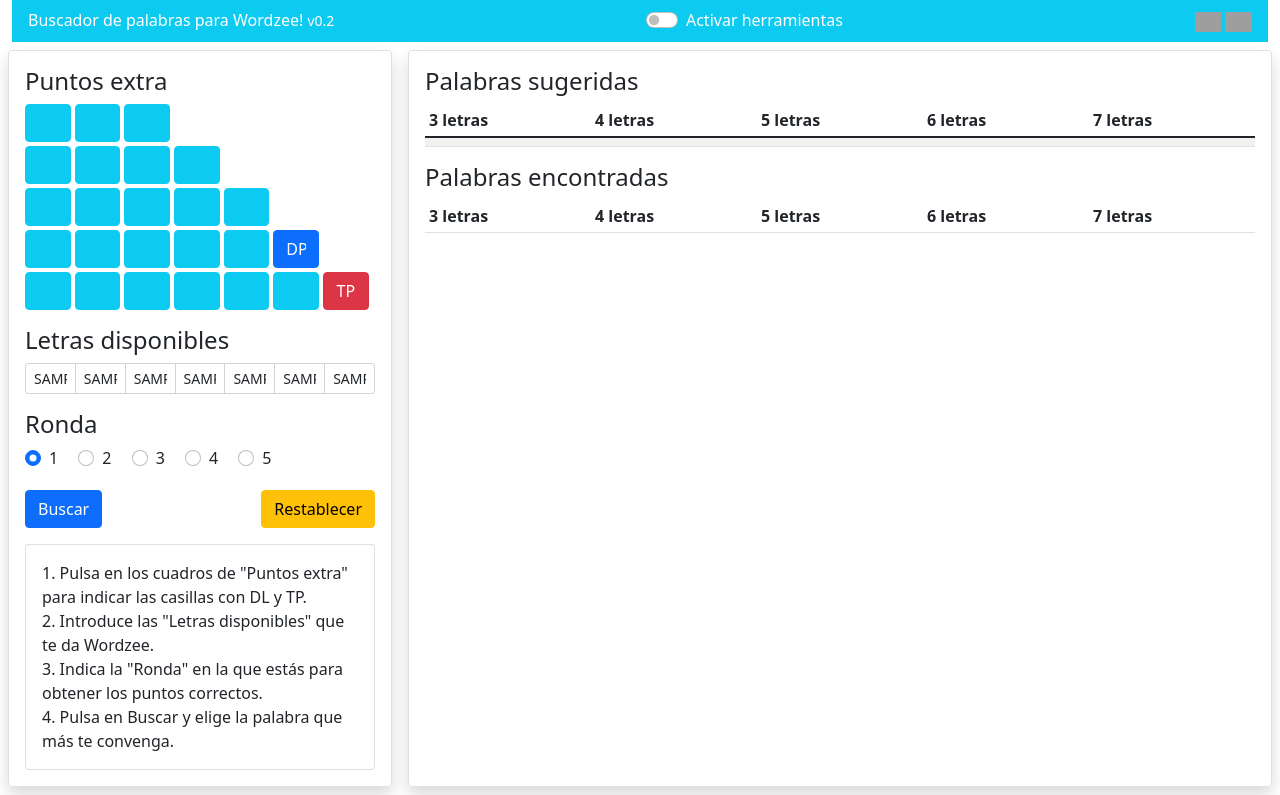
Repository: angelcafe/wordzee-bp_javascript
Page: index.html
An editor plug-in stored every save of this project. The page is shown before and after the next save, followed by the edit.
The browser window is 1280 px wide. The pictures show the whole page.
Empty fields were first filled with sample values (such as "Sample", 5 or name@example.com).
After loading, the first visible `button.btn` was clicked once.
Pictures or frames that could not be fetched are drawn as grey boxes.

Above is the page before, as saved 2021-10-24 15:37:34.
Console error (its wording comes from the project's code and is left out).

### index.html
<!DOCTYPE html>
<html lang="es">

<head>
    <meta charset="UTF-8">
    <meta name="viewport" content="width=device-width, initial-scale=1">
    <meta http-equiv="Expires" content="0">
    <meta http-equiv="Last-Modified" content="0">
    <meta http-equiv="Cache-Control" content="no-cache, mustrevalidate">
    <meta http-equiv="Pragma" content="no-cache">
    <link rel="icon" href="favicon.ico" type="image/ico" />
    <link rel="stylesheet" href="https://cdn.jsdelivr.net/npm/bootstrap@5.1.3/dist/css/bootstrap.min.css" integrity="sha384-1BmE4kWBq78iYhFldvKuhfTAU6auU8tT94WrHftjDbrCEXSU1oBoqyl2QvZ6jIW3" crossorigin="anonymous">
    <link rel="stylesheet" href="https://cdn.jsdelivr.net/npm/bootstrap-icons@1.5.0/font/bootstrap-icons.css">
    <link rel="stylesheet" href="index.css">
    <title>Busca palabras</title>
</head>

<body>
    <div id="liveAlertPlaceholder"></div>
    <div class="container-fluid">
        <!-- Cabecera -->
        <nav class="nav d-flex justify-content-between bg-info">
            <li class="nav-item">
                <span class="nav-link text-white">Buscador de palabras para Wordzee! <small>v0.2</small></span>
            </li>
            <li class="nav-item">
                <div class="nav-link text-white form-check form-switch">
                    <input class="form-check-input" type="checkbox" role="switch" id="idActivarHerramientas">
                    <label class="form-check-label" for="idActivarHerramientas">Activar herramientas</label>
                </div>
            </li>
            <li class="nav-item">
                <span class="nav-link">
                    <a href="https://www.facebook.com/BuscaPalabras-para-Wordzee-106324508497974" target="_blank"><img src="https://upload.wikimedia.org/wikipedia/commons/5/51/Facebook_f_logo_%282019%29.svg" height="20"></a>
                    <a href="https://t.me/buscadorwordzee" target="_blank"><img src="https://upload.wikimedia.org/wikipedia/commons/thumb/8/83/Telegram_2019_Logo.svg/2048px-Telegram_2019_Logo.svg.png" height="20"></a>
                </span>
            </li>
        </nav>
        <div class="row">
            <!-- Principal -->
            <div class="col border shadow rounded m-2 p-3 principal">
                <form>
                    <div id="idPuntosExtra">
                        <h4>Puntos extra</h4>
                        <div class="p-0 mb-1">
                            <input type="text" name="pal3let1" class="btn btn-info" value="" readonly>
                            <input type="text" name="pal3let2" class="btn btn-info" value="" readonly>
                            <input type="text" name="pal3let3" class="btn btn-info" value="" readonly>
                        </div>
                        <div class="p-0 mb-1">
                            <input type="text" name="pal4let1" class="btn btn-info" value="" readonly>
                            <input type="text" name="pal4let2" class="btn btn-info" value="" readonly>
                            <input type="text" name="pal4let3" class="btn btn-info" value="" readonly>
                            <input type="text" name="pal4let4" class="btn btn-info" value="" readonly>
                        </div>
                        <div class="p-0 mb-1">
                            <input type="text" name="pal5let1" class="btn btn-info" value="" readonly>
                            <input type="text" name="pal5let2" class="btn btn-info" value="" readonly>
                            <input type="text" name="pal5let3" class="btn btn-info" value="" readonly>
                            <input type="text" name="pal5let4" class="btn btn-info" value="" readonly>
                            <input type="text" name="pal5let5" class="btn btn-info" value="" readonly>
                        </div>
                        <div class="p-0 mb-1">
                            <input type="text" name="pal6let1" class="btn btn-info" value="" readonly>
                            <input type="text" name="pal6let2" class="btn btn-info" value="" readonly>
                            <input type="text" name="pal6let3" class="btn btn-info" value="" readonly>
                            <input type="text" name="pal6let4" class="btn btn-info" value="" readonly>
                            <input type="text" name="pal6let5" class="btn btn-info" value="" readonly>
                            <input type="text" name="pal6let6" class="btn btn-info" value="" readonly>
                        </div>
                        <div class="p-0 mb-3">
                            <input type="text" name="pal7let1" class="btn btn-info" value="" readonly>
                            <input type="text" name="pal7let2" class="btn btn-info" value="" readonly>
                            <input type="text" name="pal7let3" class="btn btn-info" value="" readonly>
                            <input type="text" name="pal7let4" class="btn btn-info" value="" readonly>
                            <input type="text" name="pal7let5" class="btn btn-info" value="" readonly>
                            <input type="text" name="pal7let6" class="btn btn-info" value="" readonly>
                            <input type="text" name="pal7let7" class="btn btn-info" value="" readonly>
                        </div>
                    </div>
                    <div id="idLetrasDisponibles">
                        <h4>Letras disponibles</h4>
                        <div class="input-group input-group-sm mb-3" id="letras">
                            <input type="text" name="letra1" size="1" maxlength="1" autocomplete="off" required="required" class="form-control text-uppercase" value="">
                            <input type="text" name="letra2" size="1" maxlength="1" autocomplete="off" required="required" class="form-control text-uppercase" value="">
                            <input type="text" name="letra3" size="1" maxlength="1" autocomplete="off" required="required" class="form-control text-uppercase" value="">
                            <input type="text" name="letra4" size="1" maxlength="1" autocomplete="off" required="required" class="form-control text-uppercase" value="">
                            <input type="text" name="letra5" size="1" maxlength="1" autocomplete="off" required="required" class="form-control text-uppercase" value="">
                            <input type="text" name="letra6" size="1" maxlength="1" autocomplete="off" required="required" class="form-control text-uppercase" value="">
                            <input type="text" name="letra7" size="1" maxlength="1" autocomplete="off" required="required" class="form-control text-uppercase" value="">
                        </div>
                    </div>
                    <div id="idRonda">
                        <h4>Ronda</h4>
                        <div class="form-check form-check-inline mb-3">
                            <input type="radio" name="ronda" value="1" class="form-check-input" checked>
                            <label class="form-check-label" for="idRonda1">1</label>
                        </div>
                        <div class="form-check form-check-inline mb-3">
                            <input type="radio" name="ronda" value="2" class="form-check-input">
                            <label class="form-check-label" for="idRonda2">2</label>
                        </div>
                        <div class="form-check form-check-inline mb-3">
                            <input type="radio" name="ronda" value="3" class="form-check-input">
                            <label class="form-check-label" for="idRonda3">3</label>
                        </div>
                        <div class="form-check form-check-inline mb-3">
                            <input type="radio" name="ronda" value="4" class="form-check-input">
                            <label class="form-check-label" for="idRonda4">4</label>
                        </div>
                        <div class="form-check form-check-inline mb-3">
                            <input type="radio" name="ronda" value="5" class="form-check-input">
                            <label class="form-check-label" for="idRonda5">5</label>
                        </div>
                    </div>
                    <div id="idBotones">
                        <div class="btn-toolbar justify-content-between mt-1">
                            <button type="button" class="btn btn-primary" onclick="buscarPalabras()">Buscar</button>
                            <button type="button" class="btn btn-warning" onclick="restablecer()">Restablecer</button>
                        </div>
                    </div>
                </form>
                <div class="card mt-3">
                    <div class="card-body">
                        1. Pulsa en los cuadros de "Puntos extra" para indicar las casillas con DL y TP.
                        <br>
                        2. Introduce las "Letras disponibles" que te da Wordzee.
                        <br>
                        3. Indica la "Ronda" en la que estás para obtener los puntos correctos.
                        <br>
                        4. Pulsa en Buscar y elige la palabra que más te convenga.
                    </div>
                </div>
            </div>
            <!-- Herramientas -->
            <div class="col border shadow rounded m-2 p-3 herramientas">
                <div id="idHerramientas">
                    <h4>Herramientas</h4>
                    <form class="row">
                        <div class="col">Palabra nueva:</div>
                        <div class="col">
                            <input name="palabraGuardar" id="palabraGuardar" type="text" minlength="3" maxlength="7" autocomplete="off" class="form-control text-uppercase" value="">
                        </div>
                        <div class="col">
                            <button id="idGuardar" type="button" class="btn btn-primary">Guardar</button>
                        </div>
                    </form>
                    <form class="row mt-3">
                        <div class="col">Borrar palabra:</div>
                        <div class="col">
                            <input name="palabraBorrar" id="palabraBorrar" type="text" minlength="3" maxlength="7" autocomplete="off" class="form-control text-uppercase" value="">
                        </div>
                        <div class="col">
                            <button id="idBorrar" type="button" class="btn btn-danger">Borrar</button>
                        </div>
                    </form>
                    <form class="row mt-3">
                        <div class="col">Exportar JSON:</div>
                        <div class="col"></div>
                        <div class="col">
                            <button type="button" onclick="palabras.exportar()" class="btn btn-primary">Exportar</button>
                        </div>
                    </form>
                    <form class="row mt-3">
                        <div class="col">Importar JSON:</div>
                        <div class="col custom-file">
                            <input type="file" class="form-control" accept=".json" id="formFile">
                            <label class="form-label" for="formFile" data-browse="Elegir"></label>
                        </div>
                        <div class="col input-group-append">
                            <button type="button" class="btn btn-warning" onclick="palabras.importar()">Importar</button>
                        </div>
                    </form>
                </div>
            </div>
            <!-- Palabras sugeridas -->
            <div class="border col m-2 p-3 shadow rounded">
                <h4>Palabras sugeridas</h4>
                <table class="table table-sm table-striped table-hover">
                    <thead>
                        <tr>
                            <th>3 letras</th>
                            <th>4 letras</th>
                            <th>5 letras</th>
                            <th>6 letras</th>
                            <th>7 letras</th>
                        </tr>
                    </thead>
                    <tbody>
                        <tr>
                            <td class="noselect"></td>
                            <td class="noselect"></td>
                            <td class="noselect"></td>
                            <td class="noselect"></td>
                            <td class="noselect"></td>
                        </tr>
                    </tbody>
                </table>
                <!-- Palabras encontradas -->
                <h4>Palabras encontradas</h4>
                <table class="table table-sm table-striped table-hover">
                    <thead>
                        <tr>
                            <th>3 letras</th>
                            <th>4 letras</th>
                            <th>5 letras</th>
                            <th>6 letras</th>
                            <th>7 letras</th>
                        </tr>
                    </thead>
                    <tbody id="idPalabrasEncontradas"></tbody>
                </table>
            </div>
        </div>
    </div>
    <div id="modalAlert" class="modal fade" tabindex="-1">
        <div class="modal-dialog">
            <div class="modal-content">
                <div class="modal-header">
                    <h5 class="modal-title"></h5>
                    <button type="button" class="close" data-dismiss="modal" aria-label="Close"></button>
                </div>
                <div class="modal-body">
                    <p>Importación finalizada.</p>
                </div>
                <div class="modal-footer">
                    <button type="button" class="close" data-dismiss="modal" aria-label="Cerrar">
                        <span aria-hidden="true">&times;</span>
                    </button>
                </div>
            </div>
        </div>
    </div>
    <div id="menu">
        <div>
            <i class="bi bi-eraser-fill"></i> Borrar <span id="idBorrarPalabra"></span> de la Base de Datos
        </div>
    </div>
    <script src="https://cdn.jsdelivr.net/npm/bootstrap@5.1.3/dist/js/bootstrap.bundle.min.js" integrity="sha384-ka7Sk0Gln4gmtz2MlQnikT1wXgYsOg+OMhuP+IlRH9sENBO0LRn5q+8nbTov4+1p" crossorigin="anonymous"></script>
    <script src="index.js"></script>
</body>

</html>

### index.js
var ajax = function (enviar = null, alerta = false) {
    var xhr = new XMLHttpRequest();
    xhr.onreadystatechange = function (x) {
        if (xhr.readyState == 4) {
            if (xhr.status >= 200 && xhr.status < 300) {
                if (alerta) {
                    alerta(alerta);
                } else if (enviar.indexOf('borrar') !== -1 || enviar.indexOf('guardar') !== -1) {
                    document.getElementById('principal').submit();
                } else if (enviar.indexOf('cargar') !== -1) {
                    palabrasCargadas(xhr.response);
                }
            }
        }
    };
    xhr.open('POST', 'back/buscapalabras.php');
    xhr.setRequestHeader('Content-Type', 'application/x-www-form-urlencoded; charset=UTF-8');
    xhr.send(enviar);
};
var puntosExtra = new Array();
var letrasDisponibles = new Array();
var ronda;
var vPalabras = [];
var palabrasSugeridas = new Array();
var puntos = new Array();
puntos = { A: 1, B: 3, C: 3, D: 2, E: 1, F: 4, G: 2, H: 4, I: 1, J: 8, L: 1, M: 3, N: 1, Ñ: 8, O: 1, P: 3, Q: 5, R: 1, S: 1, T: 1, U: 1, V: 4, X: 8, Y: 4, Z: 10 };

(function () {
    'use strict'

    inicio();
    ajax('cargar=todo');
})()

function activarHerramientas(e) {
    let h = document.getElementsByClassName('herramientas')[0];
    if (e.currentTarget.checked) {
        h.style.display = 'block';
        localStorage.setItem('ActivarHerramientas', 'block');
    } else {
        h.style.display = 'none';
        localStorage.setItem('ActivarHerramientas', 'none');
    }
}

function buscarPalabras() {
    var form = document.forms[0];
    document.querySelectorAll('input[required]').some(e => {
        if (e.value == '') {
            var alertPlaceholder = document.getElementById('liveAlertPlaceholder');
            var alertTrigger = document.getElementById('liveAlertBtn');
            function alert(message, type) {
                var wrapper = document.createElement('div');
                wrapper.innerHTML = '<div class="alert alert-' + type + ' alert-dismissible" role="alert">' + message + '<button type="button" class="btn-close" data-bs-dismiss="alert" aria-label="Close"></button></div>';
                alertPlaceholder.append(wrapper);
            }
            alert('Hay que rellenar todas las Letras disponibles', 'danger');
            form = null;
            return false;
        }
    });
    if (form !== null) {
        fPuntosExtra(form);
        fLetrasDisponibles(form);
        fRonda(form);
        fPalabrasEncontradas();
    }
}

function cambiarClaseBotones(e) {
    switch (e.value) {
        case 'DL':
            e.className = 'btn rosa';
            break;
        case 'TL':
            e.className = 'btn btn-success';
            break;
        case 'DP':
            e.className = 'btn btn-primary';
            break;
        case 'TP':
            e.className = 'btn btn-danger';
            break;
        case '':
            e.className = 'btn btn-info';
            break;
        default:
            break;
    }
}

function cambiarValorBotones(e) {
    switch (e.srcElement.value) {
        case '':
            e.srcElement.value = 'DL';
            e.srcElement.className = 'btn rosa';
            break;
        case 'DL':
            e.srcElement.value = 'TL';
            e.srcElement.className = 'btn btn-success';
            break;
        case 'TL':
            e.srcElement.value = '';
            e.srcElement.className = 'btn btn-info';
            break;
        default:
            break;
    }
}

function inicio() {
    document.getElementsByName("pal6let6")[0].value = "DP";
    document.getElementsByName("pal7let7")[0].value = "TP";
    for (let x = 3; x < 8; x++) {
        for (let y = 1; y < (x + 1); y++) {
            document.getElementsByName("pal" + x + "let" + y)[0].addEventListener("click", cambiarValorBotones);
            cambiarClaseBotones(document.getElementsByName("pal" + x + "let" + y)[0]);
        }
    }
    if (localStorage.getItem('ActivarHerramientas')) {
        document.getElementsByClassName('herramientas')[0].style.display = localStorage.getItem('ActivarHerramientas');
        document.getElementById('idActivarHerramientas').checked = (localStorage.getItem('ActivarHerramientas').indexOf('none') < 0) ? (true) : (false);
    }
    document.getElementById('idActivarHerramientas').addEventListener("change", activarHerramientas);
    Array.from(document.getElementsByClassName("palenc")).forEach(element => {
        element.addEventListener("click", function (e) {
            let palabra = e.target.innerText.split(' ')[0];
            if (palabra.length > 0) {
                for (let x = 0; x < 7; x++) {
                    document.getElementsByName('letra' + (x + 1))[0].value = palabra[x];
                }
            }
        });
    });
    var texto = /^[a-jl-vx-zA-JL-VX-ZñÑ]$/;
    document.querySelectorAll("#letras > input").forEach(element => {
        element.addEventListener("keyup", e => {
            if (texto.test(element.value) === true) {
                if (e.currentTarget.nextElementSibling) {
                    e.currentTarget.nextElementSibling.focus();
                    e.currentTarget.nextElementSibling.select();
                }
            } else {
                e.currentTarget.value = '';
            }
        });
        element.addEventListener("click", e => {
            e.currentTarget.select();
        });
    });
    document.getElementById('idBorrar').addEventListener('click', function () {
        palabras.borrar(document.getElementById('palabraBorrar').value);
    });
    document.getElementById('idGuardar').addEventListener("click", function () {
        ajax("guardar=" + document.getElementById('palabraGuardar').value);
    });
    document.onclick = function (e) {
        document.getElementById('menu').style.display = 'none';
    }
    document.oncontextmenu = function (e) {
        document.getElementById('menu').style.display = 'none';
        if (e.target.className.includes("menu")) {
            e.preventDefault();
            let menu = document.getElementById('menu');
            menu.style.left = e.pageX - 100 + 'px';
            menu.style.top = e.pageY + 'px';
            menu.style.display = 'block';
            let borrarPalabra = document.getElementById('idBorrarPalabra');
            borrarPalabra.innerText = e.target.innerText.split(' ')[0];
            borrarPalabra.addEventListener('click', function (e) {
                palabras.borrar(e.innerText);
            });
        }
    }
}

function fLetrasDisponibles(form) {
    let contador = 25;
    for (let x = 0; x < 7; x++) {
        letrasDisponibles[x] = form[contador].value.toUpperCase();
        contador++;
    }
}

function palabrasCargadas(dat) {
    let datos = JSON.parse(dat);
    datos.forEach(function (palabra) {
        vPalabras.push({ nombre: palabra, longitud: palabra.length });
    });
}

function fPalabrasEncontradas() {
    let palabrasEncontradas = new Array();
    let puntosEncontrados = new Array();
    let vPalabrasEncontradas = vPalabras.filter(function (obj) {
        let letrasPalabra = obj.nombre.split('');
        let total = 0;
        for (let y = 0; y < letrasPalabra.length; y++) {
            if (letrasDisponibles.indexOf(letrasPalabra[y]) === -1 || (obj.nombre.split(letrasPalabra[y]).length - 1 > letrasDisponibles.join('').split(letrasPalabra[y]).length - 1)) {
                return false;
            }
            let valor = puntos[letrasPalabra[y]] * puntosExtra[obj.longitud][y] * ronda;
            if (obj.longitud == 6) {
                valor *= 2;
            } else if (obj.longitud == 7) {
                valor *= 3;
            }
            total += valor;
        }
        obj.puntos = total;
        return true;
    });

    vPalabrasEncontradas.sort(function (a, b) {
        if (a.puntos < b.puntos) {
            return 1;
        }
        if (a.puntos > b.puntos) {
            return -1;
        }
        return 0;
    });

    vPalabrasEncontradas.forEach(function (palabra) {
        try {
            palabrasEncontradas[palabra.longitud].push(palabra.nombre);
            puntosEncontrados[palabra.longitud].push(palabra.puntos);
        } catch (error) {
            palabrasEncontradas[palabra.longitud] = new Array();
            palabrasEncontradas[palabra.longitud].push(palabra.nombre);
            puntosEncontrados[palabra.longitud] = new Array();
            puntosEncontrados[palabra.longitud].push(palabra.puntos);
        }
    });

    const destino = document.getElementById("idPalabrasEncontradas");
    while (destino.firstChild) {
        destino.removeChild(destino.firstChild);
    }

    for (let y = 0; y < 10; y++) {
        let tr = document.createElement("tr");
        for (let x = 3; x < 8; x++) {
            let td = document.createElement("td");
            td.className = 'menu palenc noselect';
            try {
                let txt = document.createTextNode(palabrasEncontradas[x][y] + ' - ' + puntosEncontrados[x][y]);
                td.appendChild(txt);
            } catch (e) { };
            tr.appendChild(td);
        }
        destino.appendChild(tr);
    }
}

function fPuntosExtra(form) {
    let contador = 0;
    let valor;
    for (let x = 3; x < 8; x++) {
        puntosExtra[x] = new Array();
        for (let y = 0; y < x; y++) {
            if (form[contador].value == 'DL') {
                valor = 2;
            } else if (form[contador].value == 'TL') {
                valor = 3;
            } else {
                valor = 1;
            }
            puntosExtra[x][y] = valor;
            contador++;
        }
    }
}

function restablecer() {
    window.location.href = window.location.href;
}

function fRonda(form) {
    let contador = 32;
    for (let x = 0; x < 5; x++) {
        if (form[contador].checked) {
            ronda = contador - 31;
            break;
        }
        contador++;
    }
}

Loaded but not shown: index.css (71 lines, source omitted)

After the next save:
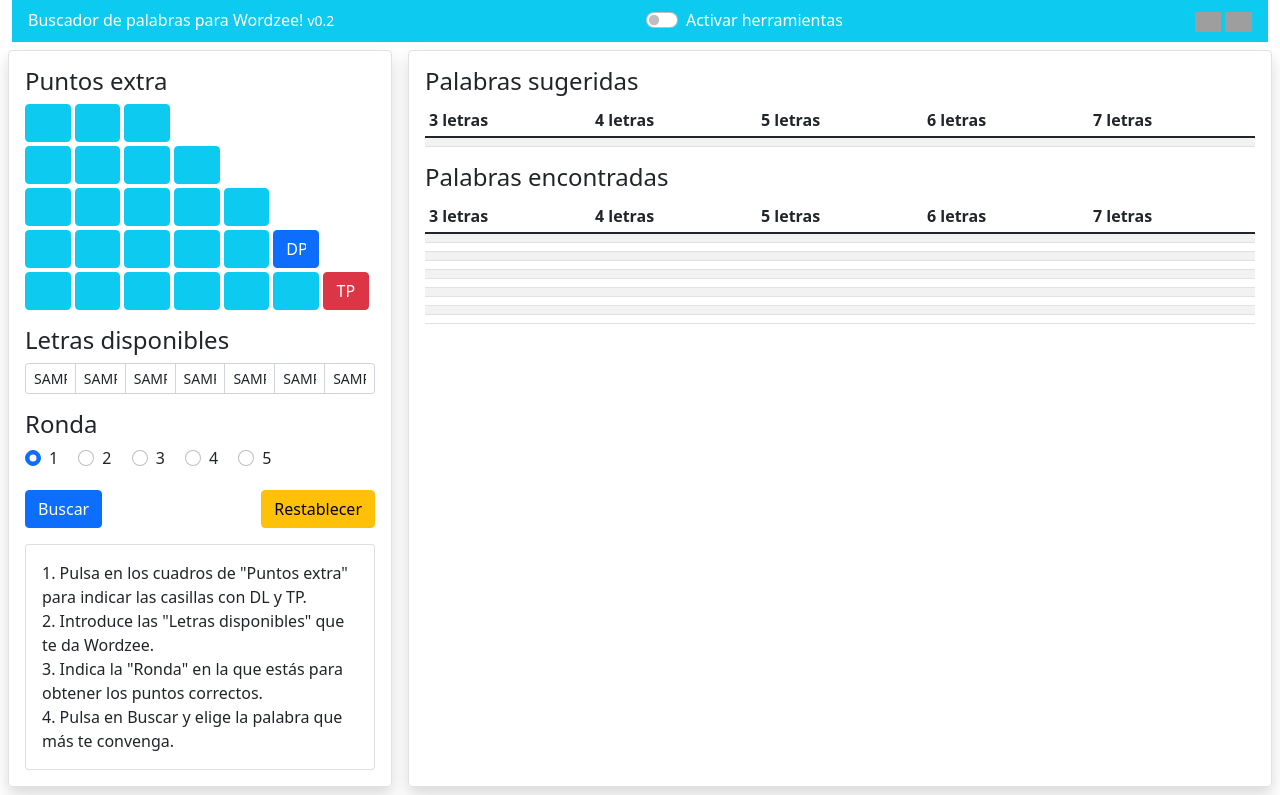
Saved 75 s later.
--- a/index.js
+++ b/index.js
@@ -45,7 +45,7 @@ function activarHerramientas(e) {
 
 function buscarPalabras() {
     var form = document.forms[0];
-    document.querySelectorAll('input[required]').some(e => {
+    Array.from(document.querySelectorAll('input[required]')).every(e => {
         if (e.value == '') {
             var alertPlaceholder = document.getElementById('liveAlertPlaceholder');
             var alertTrigger = document.getElementById('liveAlertBtn');
